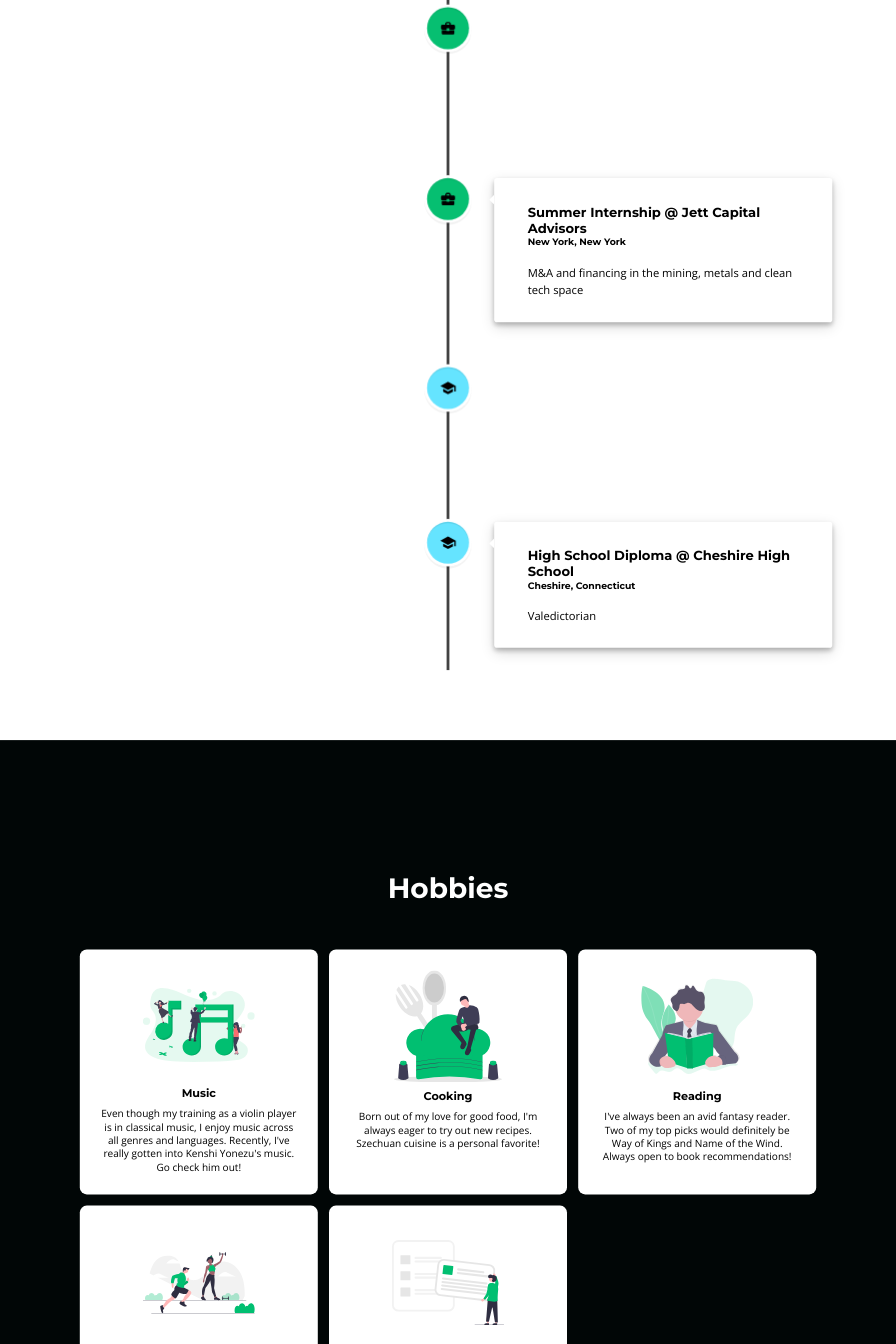
Repository: icer6683/Website
Page: /
An editor plug-in stored every save of this project. The page is shown before and after the next save, followed by the edit.
The browser window is 1280 px wide. The pictures show the part of the page from y = 2776 to 4696 px (the page is 5240 px tall before and 5368 px after), at 70% of full size.
The project was rebuilt for these pictures with package versions that can differ from the ones it lists, and the page was loaded fresh each time. Also part of the build but not shown: src/Components/ContactMe/ContactMeElements.js, src/Components/ContactMe/index.js, src/Pages/contactme.js. Imported but missing from the stored project, and not drawn on this page: src/Video/video.mp4.

Above is the page before, as saved 2025-01-25 00:03:28.

After the next save:
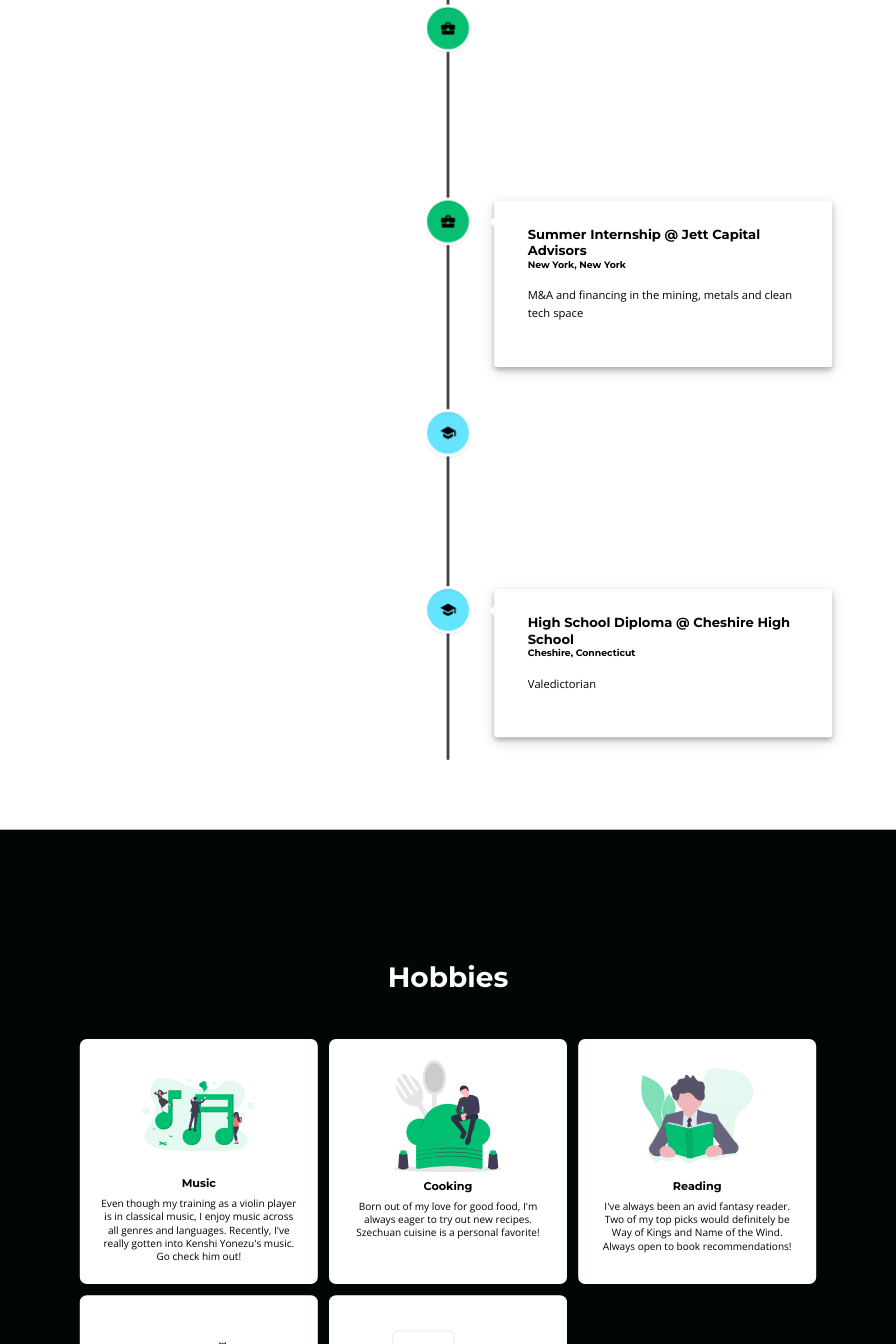
Saved 12 s later.
--- a/src/Components/Timeline/Timeline.css
+++ b/src/Components/Timeline/Timeline.css
@@ -49,7 +49,7 @@ h3 {
 }
 
 #description {
-    margin: 1.5em 0 0em 0;
+    margin: 1.5em 0 2em 0;
     font-family: 'Open Sans', sans-serif;
 }
 
